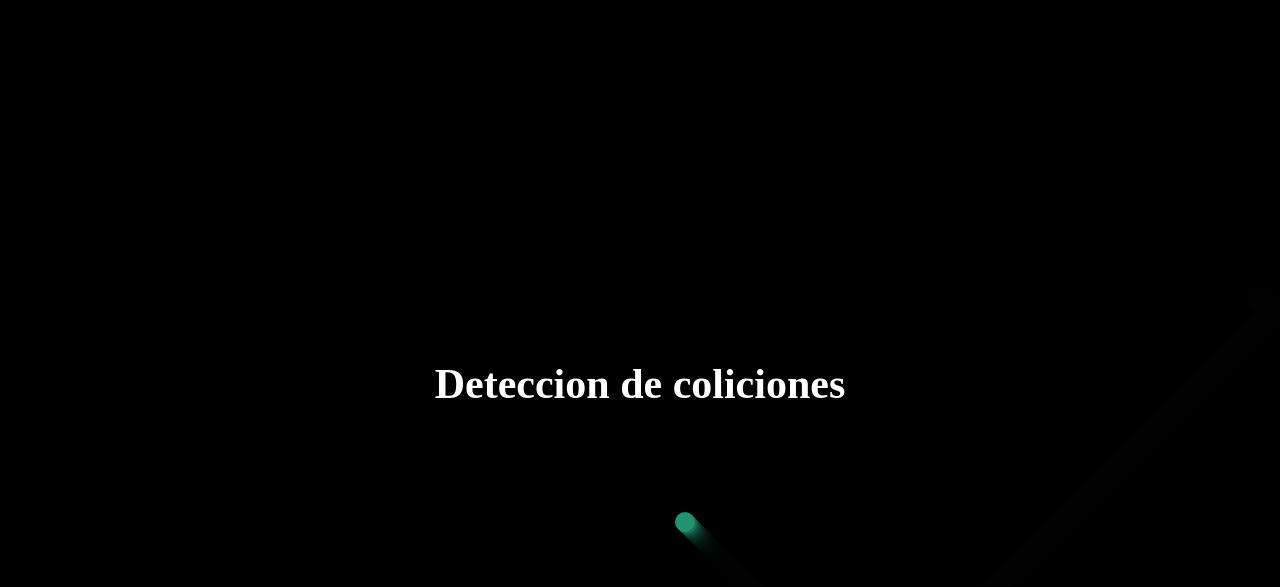
Repository: mvbri/Bouncing-Balls-Animation
Page: index.html
The author's editor kept a copy of each file at every save. The page is drawn from the files as they stood at one save, then again after the next save.
The browser window is 1280 px wide. The pictures show the whole page.

Above is the page before, as saved 2023-01-16 17:38:19.

### index.html
<!DOCTYPE html>
<html lang="en">
	<head>
		<meta charset="UTF-8" />
		<meta http-equiv="X-UA-Compatible" content="IE=edge" />
		<meta name="viewport" content="width=device-width, initial-scale=1.0" />
		<title>Practicas js</title>
		<link rel="stylesheet" href="style.css" />
	</head>
	<body>
		<div class="container">
			<h1>Deteccion de coliciones</h1>
			<canvas class="canvas"></canvas>
		</div>
		<script src="./bouncingBalls.js"></script>
		<!-- <script src="main.js"></script> -->
	</body>
</html>

### style.css
* {
    margin: 0;
    padding: 0;
    box-sizing: border-box;
}

html,
body {
    height: 100vh;
}

.container {
    height: 100%;
    display: grid;
    justify-content: center;
    align-items: center;
}

h1 {
    text-align: center;
    position: absolute;
    top: 50%;
    left: 0;
    z-index: 1000;
    color: #fff;
    width: 100%;
    text-align: center;
    font-size: 42px;
}

### bouncingBalls.js
const canvas = document.querySelector('.canvas');
const ctx = canvas.getContext('2d');

window.addEventListener('resize', () => {
	getDisign((rezise = true));
});
window.addEventListener('DOMContentLoaded', () => {
	getDisign();
});

const getDisign = () => {
	let width = window.innerWidth;
	let height = window.innerHeight;
	canvas.width = width;
	canvas.height = height;

	const random = (min, max) => {
		var num = Math.floor(Math.random() * (max - min + 1)) + min;
		return num;
	};

	const randomRGB = () => {
		return `rgb(${random(0, 255)},${random(0, 255)},${random(0, 255)})`;
	};

	class Ball {
		constructor(x, y, vely, velx, color, size) {
			this.x = x;
			this.y = y;
			this.vely = vely;
			this.velx = velx;
			this.color = color;
			this.size = size;
		}

		draw() {
			ctx.beginPath();
			ctx.fillStyle = this.color;
			ctx.arc(this.x, this.y, this.size, 0, 2 * Math.PI);
			ctx.fill();
		}
		update() {
			if (this.x + this.size >= width) this.velx = -this.velx;
			if (this.x - this.size <= 0) this.velx = -this.velx;
			if (this.y + this.size >= height) this.vely = -this.vely;
			if (this.y - this.size <= 0) this.vely = -this.vely;

			this.x += this.velx;
			this.y += this.vely;
		}
	}

	let balls = [];
	while (balls.length < 1) {
		const size = random(10, 20);
		const ball = new Ball(
			random(0 + size, width - size),
			random(0 + size, height - size),
			random(-7, 7),
			random(-7, 7),
			randomRGB(),
			size
		);

		balls.push(ball);
	}

	const loop = () => {
		ctx.fillStyle = 'rgba(0, 0, 0, 0.25)';
		ctx.fillRect(0, 0, width, height);

		for (const ball of balls) {
			ball.draw();
			ball.update();
		}

		requestAnimationFrame(loop);
	};
	loop();
};

// function Ball(x, y, vely, velx, color, size) {
// 	this.x = x;
// 	this.y = y;
// 	this.vely = vely;
// 	this.velx = velx;
// 	this.color = color;
// 	this.size = size;
// }

// Cuales son las diferencias entre una funcion constructora y un clase
// La funcion anterior es siquiera una funcion constuctora?

After the next save:
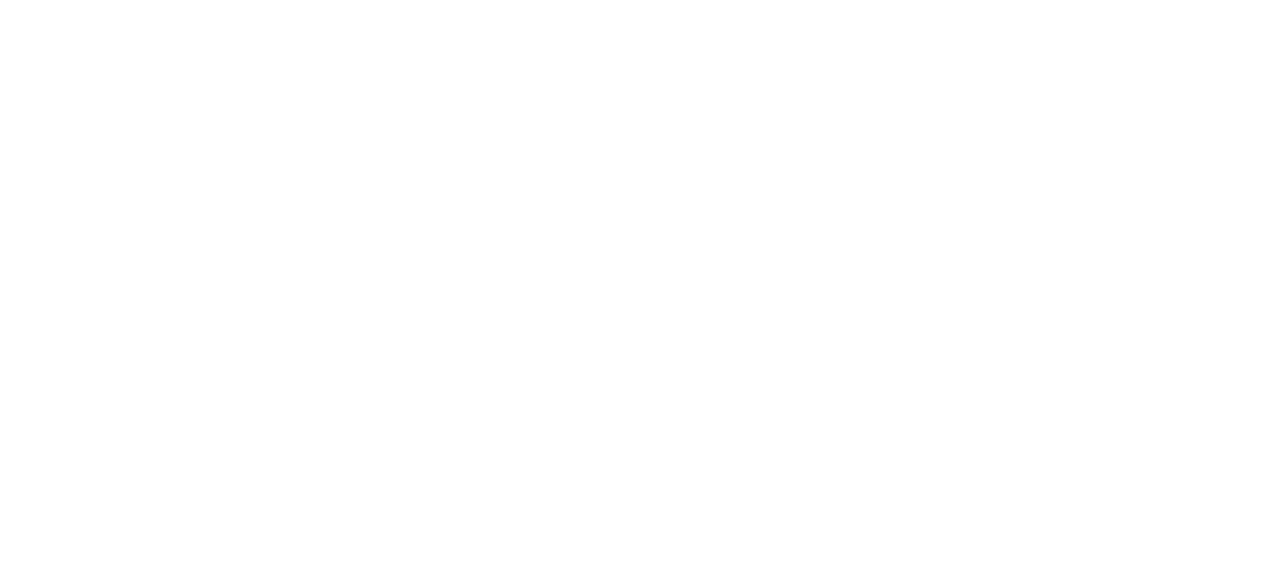
Console error: ReferenceError: rezise is not defined
Saved 38 s later.
--- a/bouncingBalls.js
+++ b/bouncingBalls.js
@@ -5,7 +5,7 @@
 	getDisign((rezise = true));
 });
 window.addEventListener('DOMContentLoaded', () => {
-	getDisign();
+	getDisign(rezise);
 });
 
 const getDisign = () => {

After the 6 saves that followed:
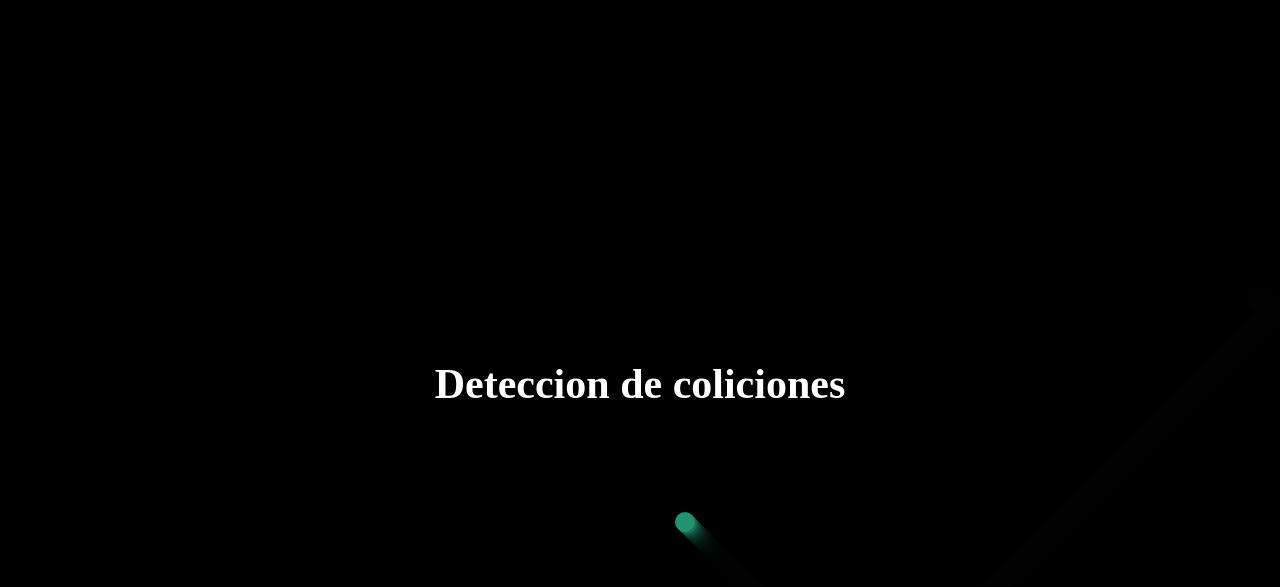
The error is gone.
The 6 saves are shown as one change because 5 left the picture as it was.
The last was saved 7 min 8 s later.
--- a/bouncingBalls.js
+++ b/bouncingBalls.js
@@ -2,17 +2,18 @@
 const ctx = canvas.getContext('2d');
 
 window.addEventListener('resize', () => {
-	getDisign((rezise = true));
+	getDisign(true);
 });
 window.addEventListener('DOMContentLoaded', () => {
-	getDisign(rezise);
+	getDisign(false);
 });
 
-const getDisign = () => {
+const getDisign = (resizeD) => {
 	let width = window.innerWidth;
 	let height = window.innerHeight;
 	canvas.width = width;
 	canvas.height = height;
+	let resize = resizeD;
 
 	const random = (min, max) => {
 		var num = Math.floor(Math.random() * (max - min + 1)) + min;
@@ -65,6 +66,8 @@
 		balls.push(ball);
 	}
 
+	if (resize) cancelAnimationFrame(loop);
+
 	const loop = () => {
 		ctx.fillStyle = 'rgba(0, 0, 0, 0.25)';
 		ctx.fillRect(0, 0, width, height);
